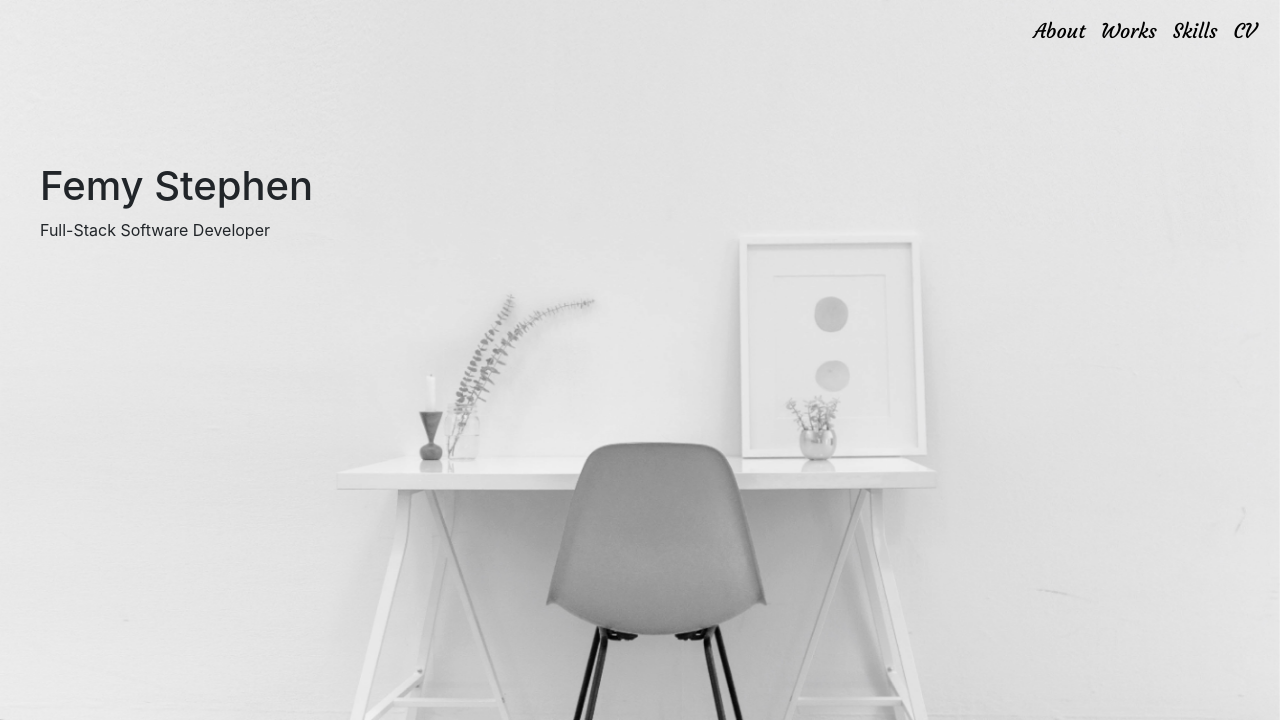
Repository: femy16/FemyStephen
Page: index.html
The author's editor kept a record of every edit. The page is drawn from the files as they stood at one moment, then again after the next edit.
The browser window is 1280 px wide. The pictures show the whole page.
Some web libraries are served in a nearby version.

Above is the page before.
Not found: hover.css

After the next edit:
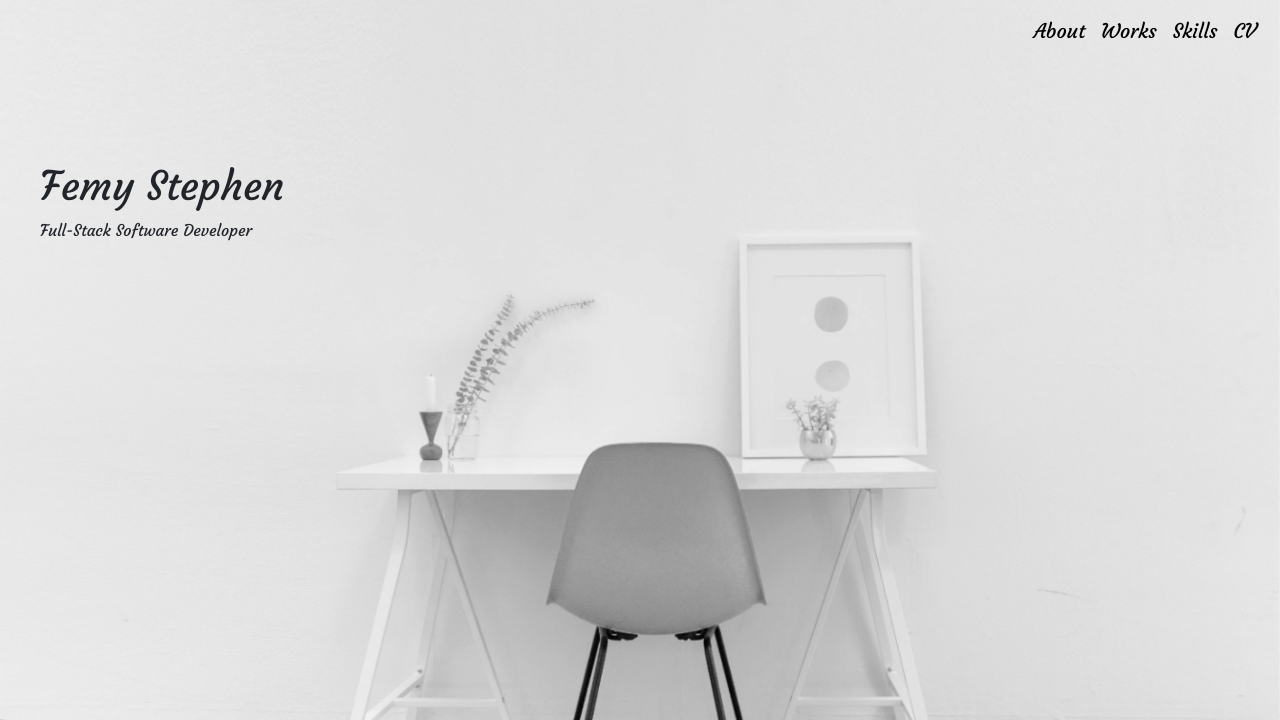
The edit:
--- a/style.css
+++ b/style.css
@@ -52,5 +52,6 @@
 .headercontainer{
     margin-top:100px;
    padding-left: 40px;
+   font-family: 'Courgette', cursive;
 
 }
